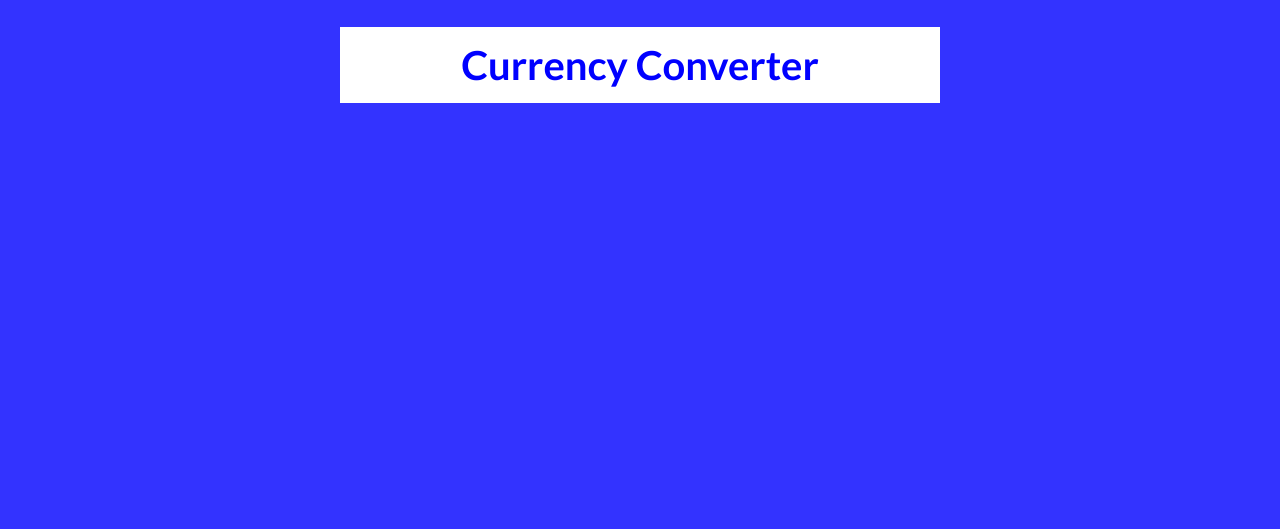
Repository: kkasperczyk/currency-converter
Page: index.html
These files come from the project's save history. The page is drawn as it stood at one moment and after a run of saves; the edit follows.
The browser window is 1280 px wide. The pictures show the whole page.

Above is the page before, as saved 2020-06-15 22:11:35.

After the next 3 saves:
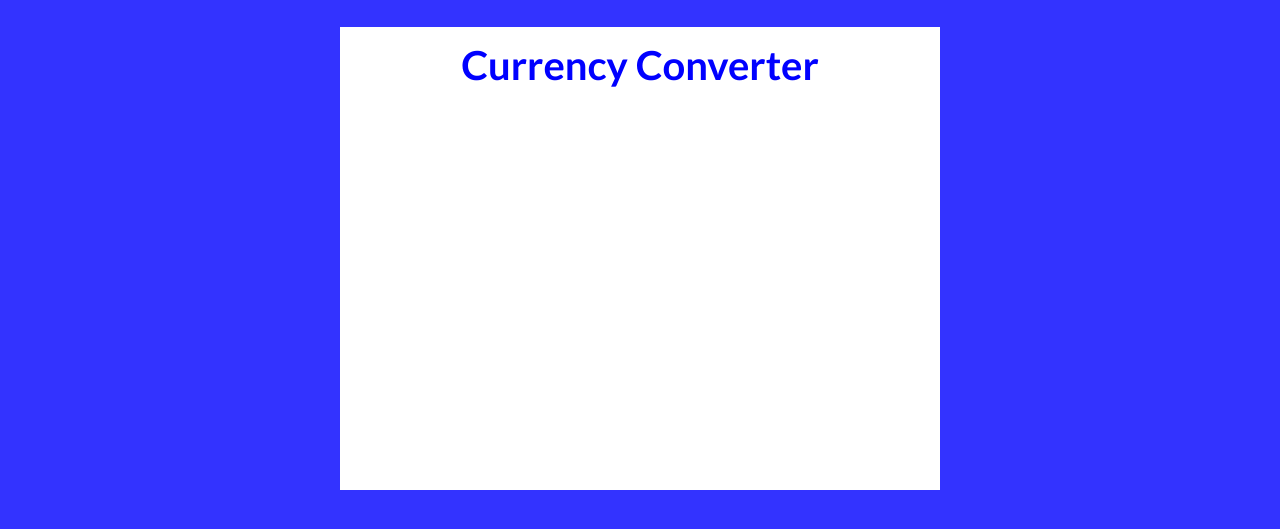
The 3 saves are shown as one change because they came seconds apart.
The last was saved 11 s later.
--- a/index.html
+++ b/index.html
@@ -9,7 +9,7 @@
     <link rel="stylesheet" href="css/global.css">
     <link rel="stylesheet" href="css/container.css">
     <link rel="stylesheet" href="css/header.css">
-    <link rel="stylesheet" href="css/header.css">
+    <link rel="stylesheet" href="css/main-content.css">
     <script defer src="js/script.js"></script>
     <link href="https://fonts.googleapis.com/css2?family=Lato:ital,wght@0,400;0,700;1,400&display=swap" rel="stylesheet">
     <title>Currency Converter</title>
